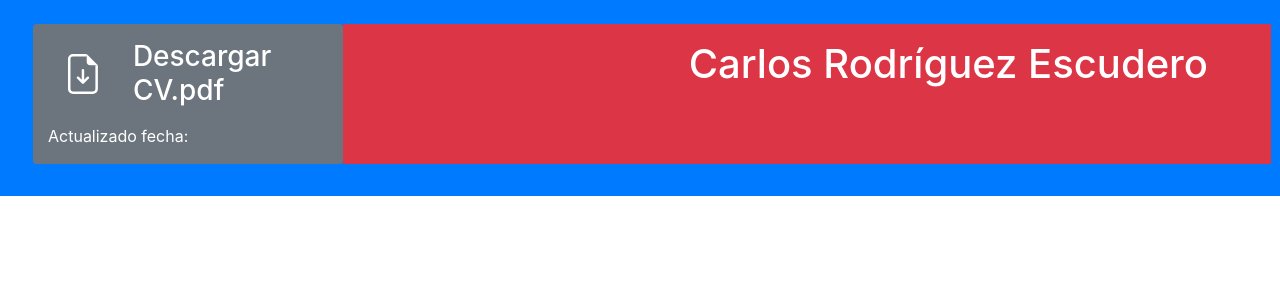
Repository: CarlosRoEs/CarlosWebCV
Page: index.html
The author's editor kept a copy of each file at every save. The page is drawn from the files as they stood at one save, then again after a run of saves.
The browser window is 1280 px wide. The pictures show the whole page.

Above is the page before, as saved 2020-09-15 13:14:50.
Not found: Sass/

After the next 2 saves:
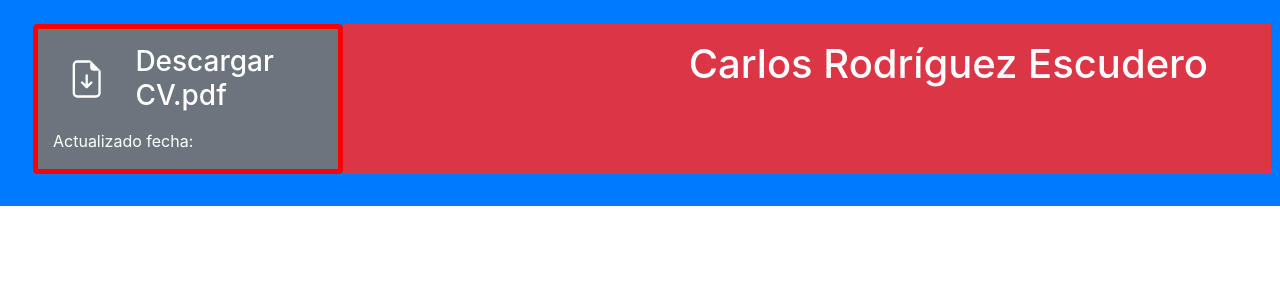
The 2 saves are shown as one change because they came seconds apart.
The last was saved 7 s later.
--- a/index.html
+++ b/index.html
@@ -6,7 +6,7 @@
     <meta name="viewport" content="width=device-width, initial-scale=1.0">
     <title>Document</title>
     <link rel="stylesheet" href="bootstrap/css/bootstrap.min.css">
-    <link rel="stylesheet" href="Sass/">
+    <link rel="stylesheet" href="Sass/dist/header.css">
 </head>
 
 <body>
